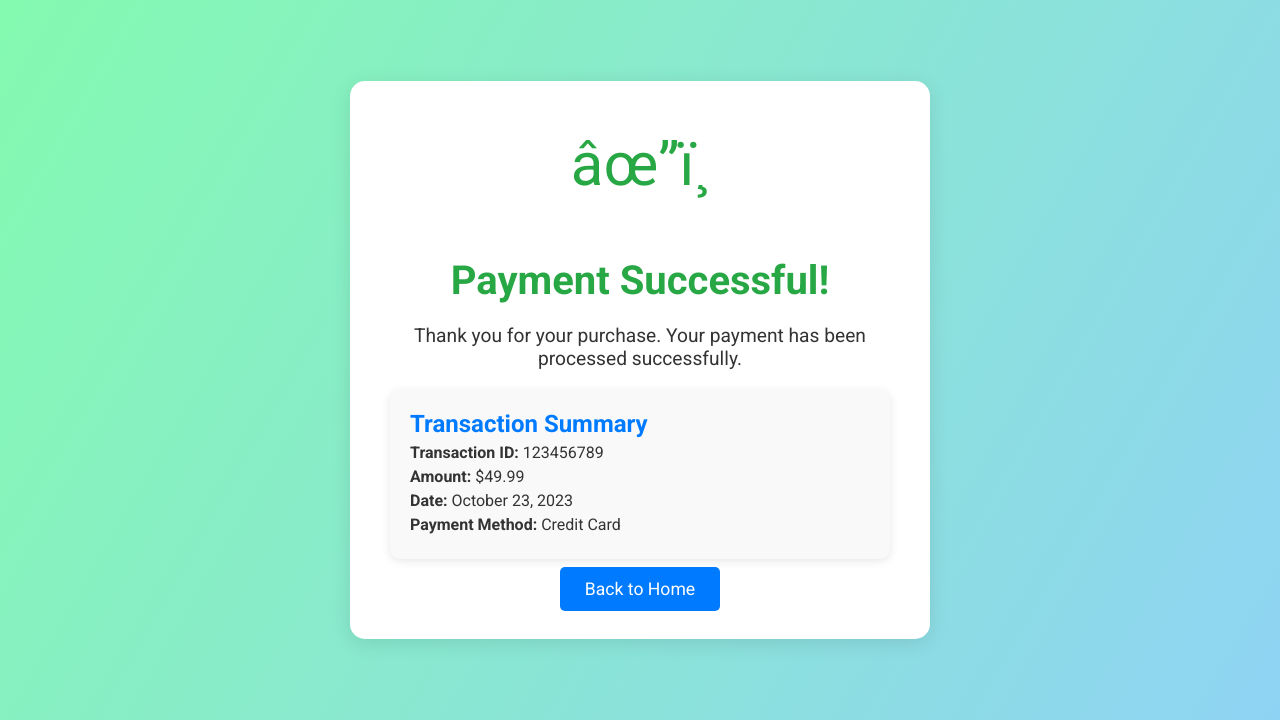
Repository: Masood395/Food-App
Page: http://localhost/FoodApp/paymentConfirmation.jsp
An editor plug-in stored every save of this project. The page is shown before and after the next save, followed by the edit.
The browser window is 1280 px wide. The pictures show the whole page.
The page is served by Tomcat 9. Other server files are loaded and not shown.

Above is the page before, as saved 2024-11-20 08:52:30.

### FoodApp/src/main/webapp/paymentConfirmation.jsp
<!DOCTYPE html>
<html lang="en">
<head>
    <meta charset="UTF-8">
    <title>Payment Confirmation</title>
    <link href="https://fonts.googleapis.com/css2?family=Roboto:wght@400;700&display=swap" rel="stylesheet">
    <style>
        /* Styling for confirmation page */
        body {
            display: flex;
            justify-content: center;
            align-items: center;
            height: 100vh;
            margin: 0;
            background: linear-gradient(120deg, #84fab0, #8fd3f4);
            font-family: 'Roboto', sans-serif;
            animation: fadeIn 1s ease-in;
        }

        @keyframes fadeIn {
            from { opacity: 0; }
            to { opacity: 1; }
        }

        .confirmation-container {
            background: white;
            padding: 40px;
            border-radius: 15px;
            box-shadow: 0 4px 20px rgba(0, 0, 0, 0.1);
            text-align: center;
            max-width: 500px;
            width: 100%;
            position: relative;
        }

        .confirmation-container h2 {
            color: #28a745;
            font-size: 2.5em;
            margin-bottom: 10px;
            animation: slideIn 0.5s ease-in-out;
        }

        @keyframes slideIn {
            from { transform: translateY(-20px); opacity: 0; }
            to { transform: translateY(0); opacity: 1; }
        }

        .confirmation-container p {
            font-size: 1.2em;
            margin: 20px 0;
            color: #333;
        }

        .success-icon {
            font-size: 60px;
            color: #28a745;
            margin-bottom: 20px;
        }

        .transaction-summary {
            background: #f9f9f9;
            border-radius: 10px;
            padding: 20px;
            margin: 20px 0;
            box-shadow: 0 2px 10px rgba(0, 0, 0, 0.1);
            text-align: left;
        }

        .transaction-summary h3 {
            margin: 0;
            color: #007bff;
            font-size: 1.5em;
        }

        .transaction-summary p {
            margin: 5px 0;
            font-size: 1em;
        }

        .confirmation-container .back-button {
            background: #007bff;
            color: white;
            padding: 12px 25px;
            border: none;
            border-radius: 5px;
            cursor: pointer;
            text-decoration: none;
            font-size: 1.1em;
            transition: background 0.3s ease;
        }

        .confirmation-container .back-button:hover {
            background: #0056b3;
        }

        /* Responsive design */
        @media (max-width: 600px) {
            .confirmation-container {
                padding: 20px;
            }

            .confirmation-container h2 {
                font-size: 2em;
            }

            .transaction-summary h3 {
                font-size: 1.3em;
            }
        }
    </style>
</head>
<body>

<div class="confirmation-container">
    <div class="success-icon">✔️</div>
    <h2>Payment Successful!</h2>
    <p>Thank you for your purchase. Your payment has been processed successfully.</p>

    <div class="transaction-summary">
        <h3>Transaction Summary</h3>
        <p><strong>Transaction ID:</strong> 123456789</p>
        <p><strong>Amount:</strong> $49.99</p>
        <p><strong>Date:</strong> October 23, 2023</p>
        <p><strong>Payment Method:</strong> Credit Card</p>
    </div>

    <a href="home.jsp" class="back-button">Back to Home</a>
</div>

</body>
</html>

After the next save:
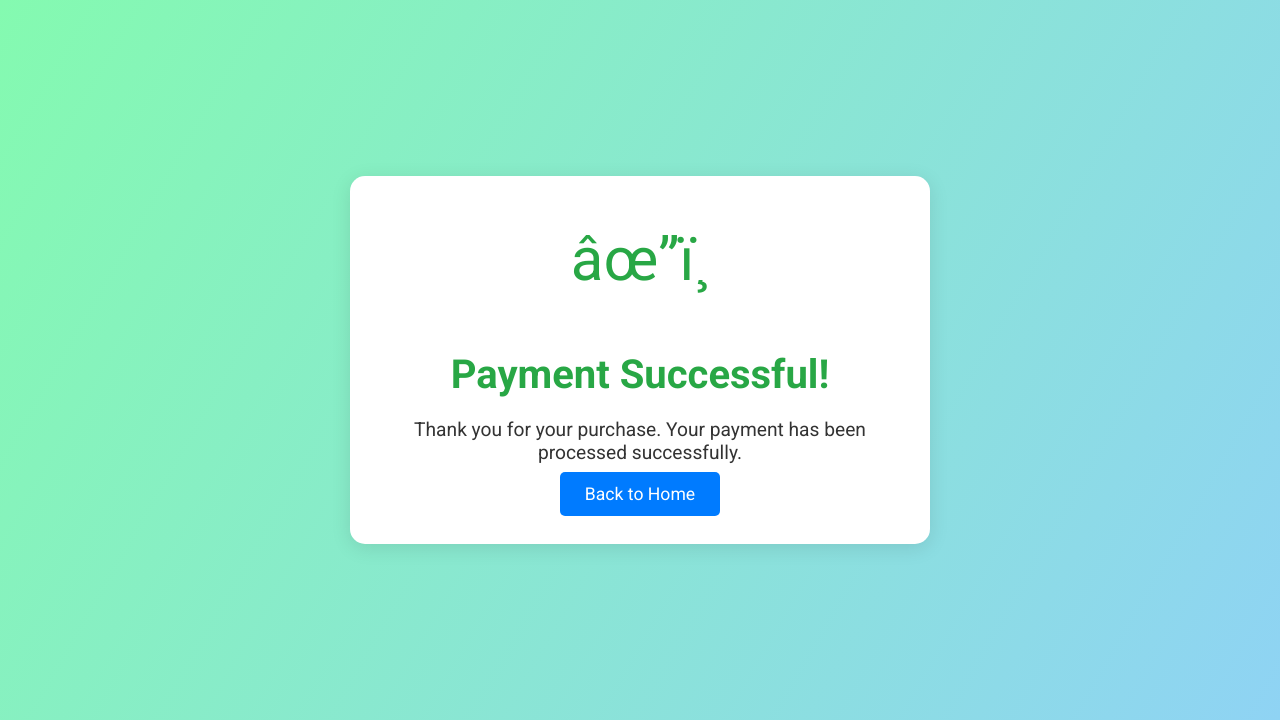
Saved 34 s later.
--- a/FoodApp/src/main/webapp/paymentConfirmation.jsp
+++ b/FoodApp/src/main/webapp/paymentConfirmation.jsp
@@ -116,13 +116,13 @@
     <h2>Payment Successful!</h2>
     <p>Thank you for your purchase. Your payment has been processed successfully.</p>
 
-    <div class="transaction-summary">
+   <!--  <div class="transaction-summary">
         <h3>Transaction Summary</h3>
         <p><strong>Transaction ID:</strong> 123456789</p>
         <p><strong>Amount:</strong> $49.99</p>
         <p><strong>Date:</strong> October 23, 2023</p>
         <p><strong>Payment Method:</strong> Credit Card</p>
-    </div>
+    </div> -->
 
     <a href="home.jsp" class="back-button">Back to Home</a>
 </div>
